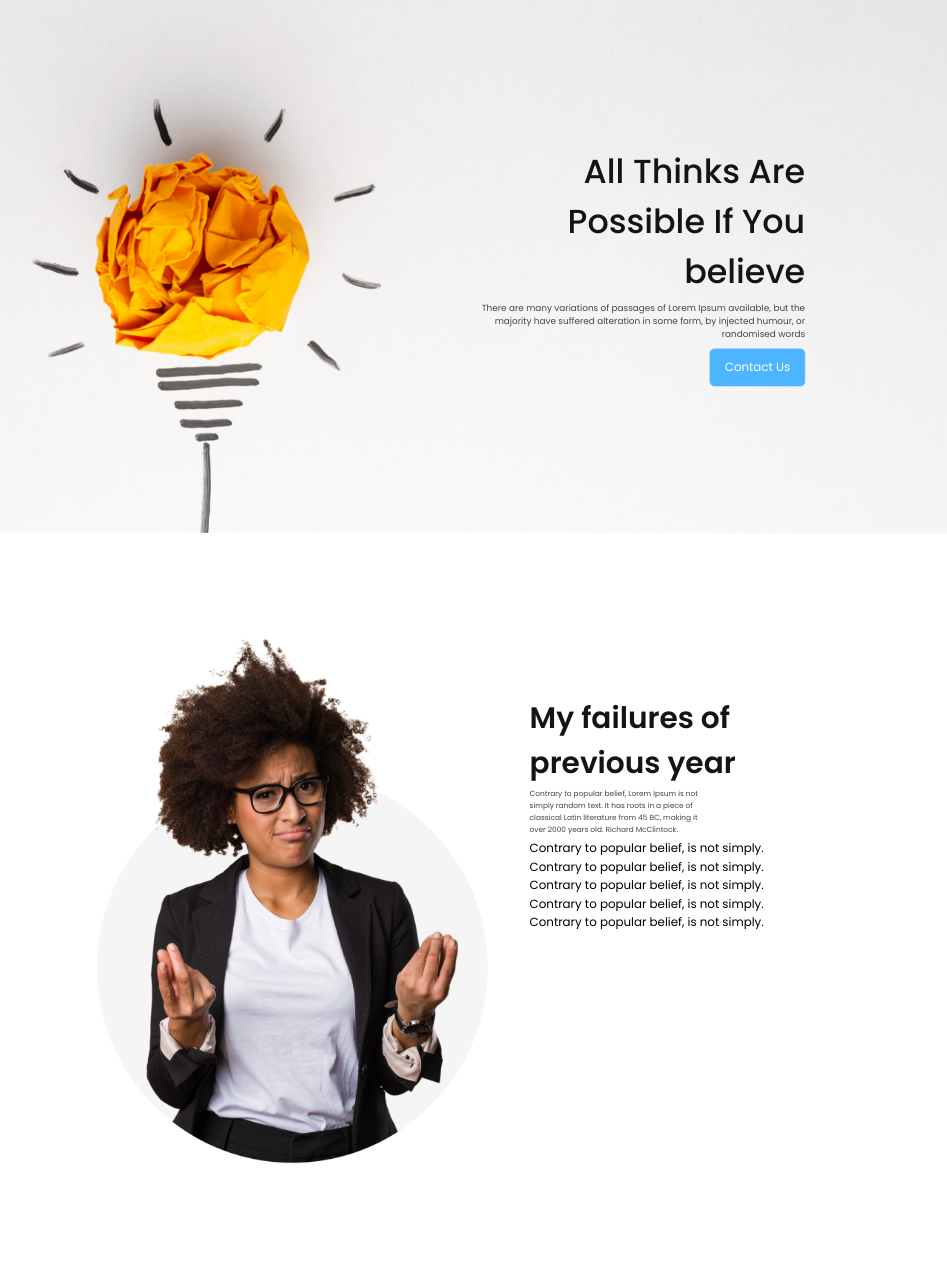
Repository: mdrubel02/new-year-new-mission
Page: index.html
These files come from the project's save history. The page is drawn as it stood at one moment and after the next save; the edit follows.
The browser window is 1280 px wide. The pictures show the whole page, at 74% of full size.

Above is the page before, as saved 2023-01-06 22:57:14.

### index.html
<!DOCTYPE html>
<html lang="en">

<head>
    <meta charset="UTF-8">
    <meta http-equiv="X-UA-Compatible" content="IE=edge">
    <meta name="viewport" content="width=device-width, initial-scale=1.0">
    <title>new-year-new-mission</title>
    <!-------- css link ---------->
    <link rel="stylesheet" href="/index.css">
</head>

<body>
    <header>
        <!--------- banner section --------->
        <section class="banner_section ">
            <div class="banner">
                <h1>All Thinks Are Possible If You believe</h1>
                <p>There are many variations of passages of Lorem Ipsum available, but the majority have suffered
                    alteration in some form, by injected humour, or randomised words</p>
                <a href="" class="btn btn-primary">Contact Us</a>
            </div>
        </section>
    </header>
    <section class="container">
        <div class="experience_section">
            <div class="experience_left">
                <img src="./images/person.png" alt="">
            </div>
            <div class="experience_right">
                <h1>My failures of previous year</h1>
                <p>Contrary to popular belief, Lorem Ipsum is not simply random text. It has roots in a piece of classical Latin literature from 45 BC, making it over 2000 years old. Richard McClintock.</p>
                <ul>
                    <li>Contrary to popular belief, is not simply.</li>
                    <li>Contrary to popular belief, is not simply.</li>
                    <li>Contrary to popular belief, is not simply.</li>
                    <li>Contrary to popular belief, is not simply.</li>
                    <li>Contrary to popular belief, is not simply.</li>
                </ul>
            </div>
        </div>

    </section>
</body>

</html>

### index.css
/* =====GOOGLE FONTS====== */
@import url('https://fonts.googleapis.com/css2?family=Poppins:wght@300;400;500;600&display=swap');

/* =====COMMON STYLES====== */
* {
    margin: 0;
    padding: 0;
    border: 0;
    outline: 0;
    list-style: none;
    text-decoration: none;
}

body {
    font-family: 'Poppins', sans-serif;
}

h1,
h2,
h3,
h4,
h5,
h6 {
    font-weight: 500;
}

.container {
    max-width: 1200px;
    margin: 0 auto;
    margin-top: 10%;
    margin-bottom: 10%;
    padding: 0 30px;
    box-sizing: border-box;
}

a {
    color: #fff;
    transition: all 400ms ease;
}

a:hover {
    color: #fff;
}

.btn {
    text-align: center;
    width: max-content;
    display: inline-block;
    color: #fff;
    padding: 0.75rem 1.2rem;
    border-radius: 0.4rem;
    border: 1px solid #4db5ff;
    transition: all 400ms ease;
}

.btn:hover {
    background: #fff;
    color: #4db5ff;
    border: 1px solid #4db5ff;
}

.btn-primary {
    background: #4db5ff;
    color: #fff;
}

/* ========= Banner section ============== */
.banner_section{
    background-image: url(/images/banner/banner1.png);
    background-repeat: no-repeat;
    background-size: cover;
    background-position: center center;
    height: 100vh;
    width: 100%;
    position: relative;
    z-index: 1;
    display: flex;
    flex-direction: column;
    justify-content: center;
    align-items: flex-end;
    text-align: center;
}
.banner{
    width: 35%;
   margin-top: -0%;
   position: absolute;
   right: 15%;
   display: flex;
   flex-direction: column;
   justify-content: end;
   align-items: flex-end;
}
.banner h1{
    font-size: 45px;
    color: #151414;
    text-align: end;
}
.banner p{
    color: #444343;
    font-size: 12px;
    text-align: end;
    padding-top: 5px;
    padding-bottom: 10px;
}


/* =========== experience section ================== */
.experience_section{
    display: flex;
    justify-content: space-evenly;
    align-items: center;
}
.experience_right{
    width: 40%;
    margin-top: -20%;
}
.experience_right h1{
    font-weight: 700;
    font-size: 40px;

    color: #151414;
}
.experience_right p{
    width: 50%;
    font-size: 10px;
    color: #444343;
    padding-top: 5px;
    padding-bottom: 5px;
}

After the next save:
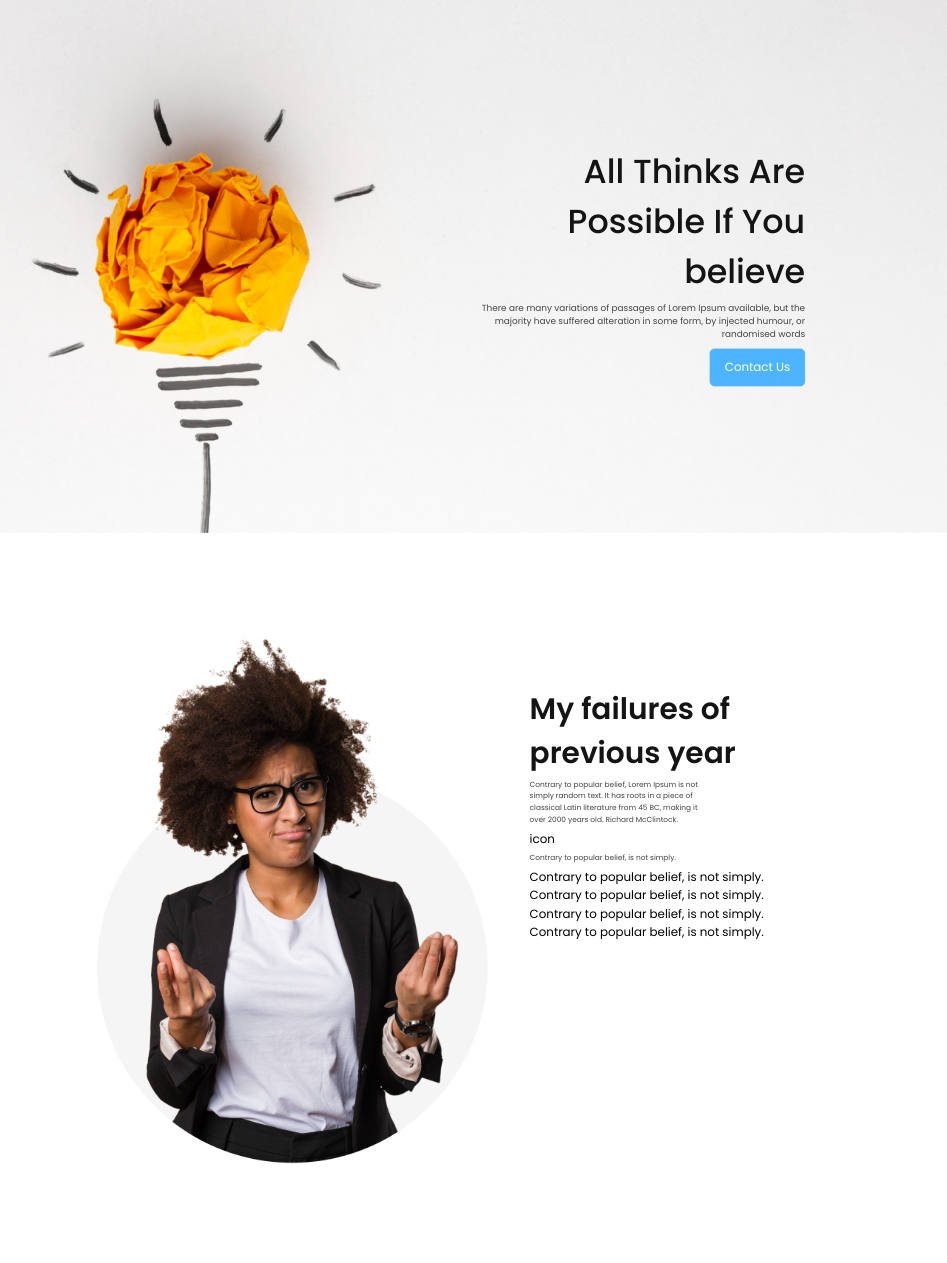
Saved 39 s later.
--- a/index.html
+++ b/index.html
@@ -31,7 +31,7 @@
                 <h1>My failures of previous year</h1>
                 <p>Contrary to popular belief, Lorem Ipsum is not simply random text. It has roots in a piece of classical Latin literature from 45 BC, making it over 2000 years old. Richard McClintock.</p>
                 <ul>
-                    <li>Contrary to popular belief, is not simply.</li>
+                    <li><span>icon</span> <p>Contrary to popular belief, is not simply.</p></li>
                     <li>Contrary to popular belief, is not simply.</li>
                     <li>Contrary to popular belief, is not simply.</li>
                     <li>Contrary to popular belief, is not simply.</li>
